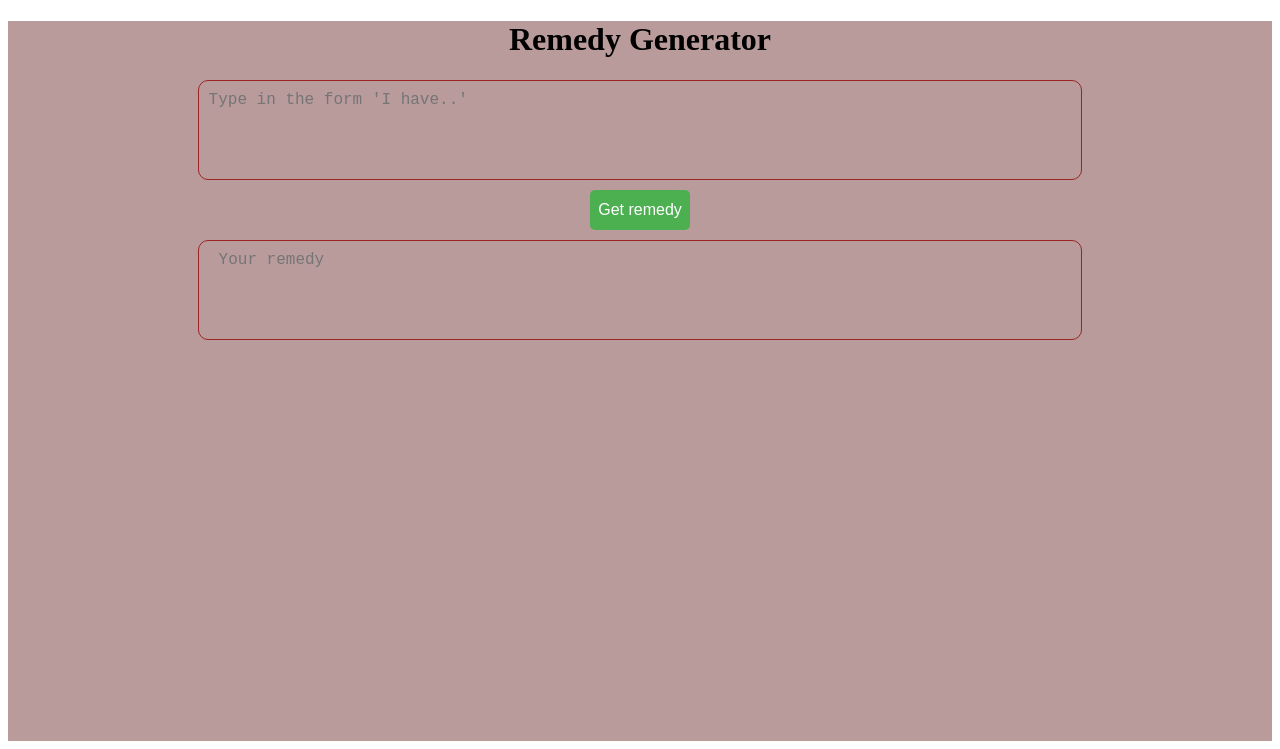
Repository: krutarthh/Ayurvedic-Remedy
Page: index.html
An editor plug-in stored every save of this project. The page is shown before and after the next save, followed by the edit.
The browser window is 1280 px wide. The pictures show the whole page.

Above is the page before, as saved 2024-04-06 17:45:00.

After the next save:
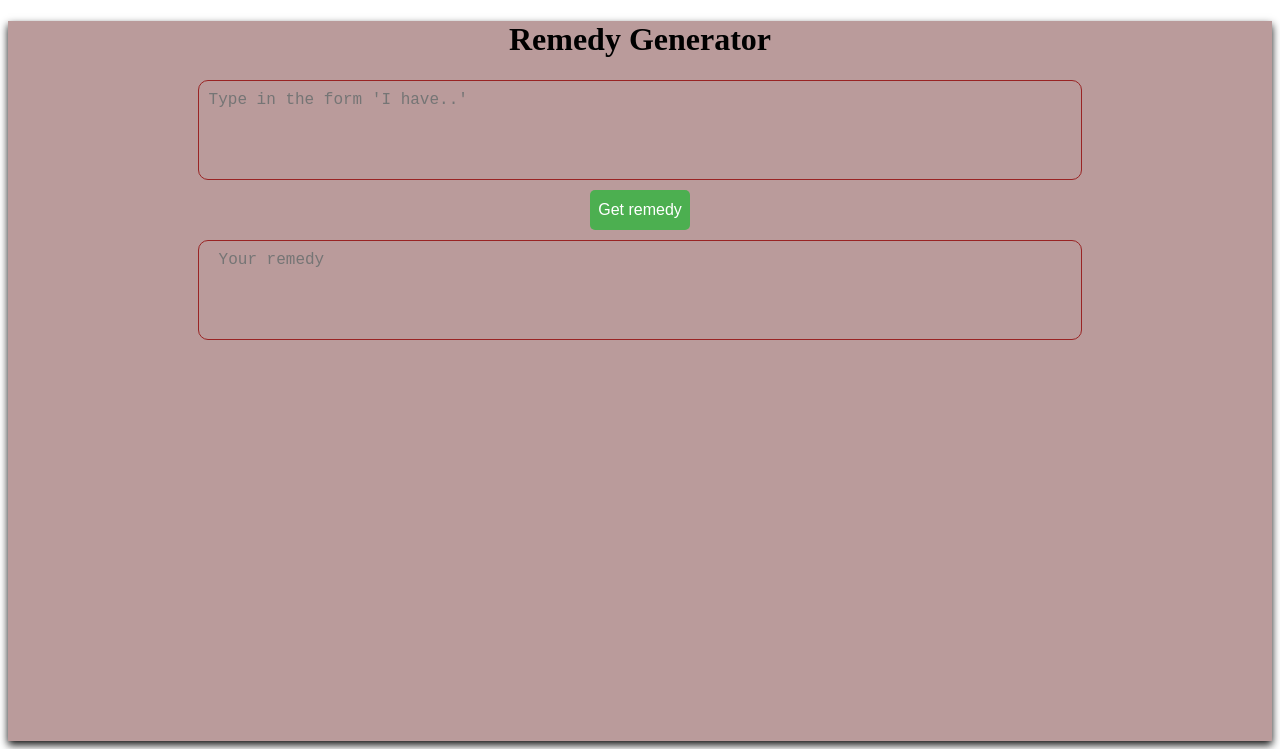
Saved 58 s later.
--- a/app.css
+++ b/app.css
@@ -8,7 +8,7 @@
     height: 100vh;
     text-align: center;
     background-color:  #ba9b9b;;
-
+    box-shadow: 0 4px 8px rgba(0, 0, 0, 0.931);
 }
 #user_input,
 #answer {
